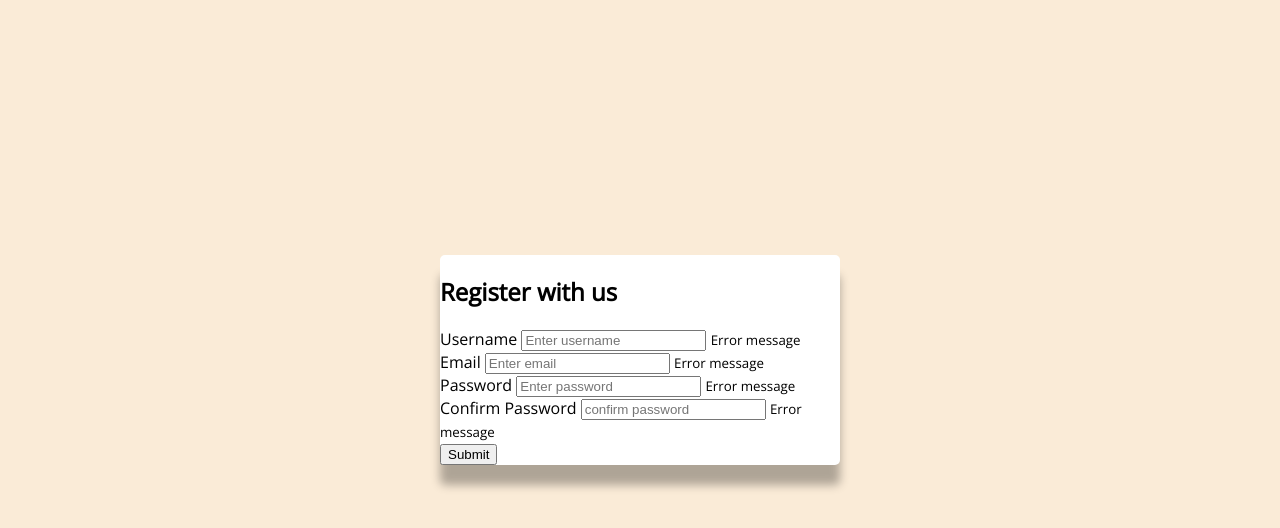
Repository: Azariagmt/Vanilla-javascript
Page: Form-Validator/index.html
An editor plug-in stored every save of this project. The page is shown before and after the next save, followed by the edit.
The browser window is 1280 px wide. The pictures show the whole page.

Above is the page before, as saved 2020-04-20 09:34:48.

After the next save:
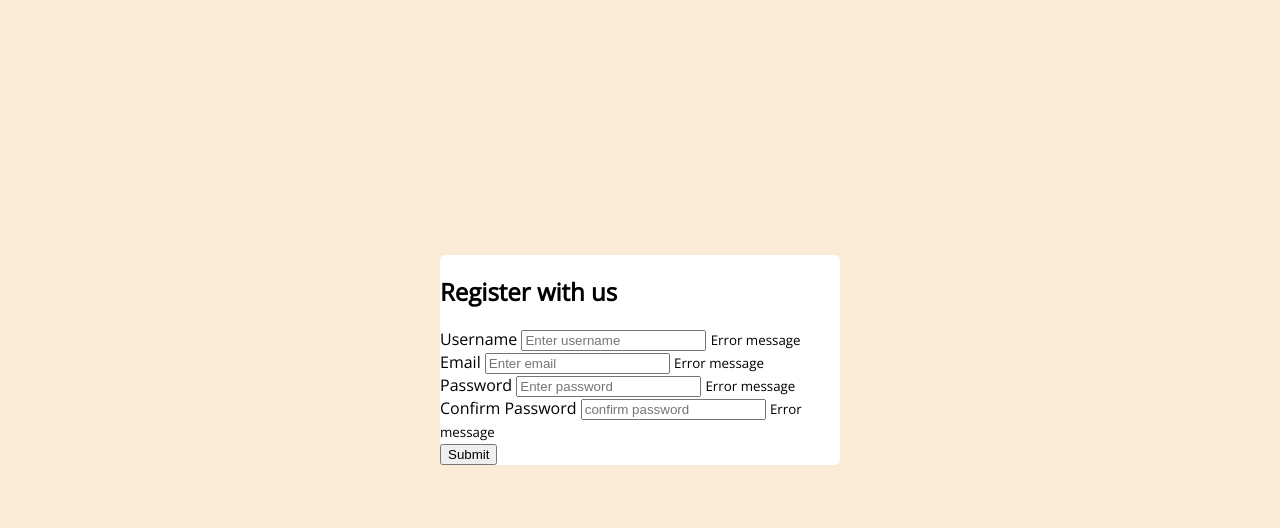
Saved 19 s later.
--- a/Form-Validator/style.css
+++ b/Form-Validator/style.css
@@ -17,6 +17,6 @@ body{
 .container{
     background-color:white;
     border-radius: 5px;
-    box-shadow: 0 20px 10px rgba(0, 0, 0, .3);
+    box-shadow: 10 20px 10px rgba(0, 0, 0, .3);
     width: 400px;
 }
